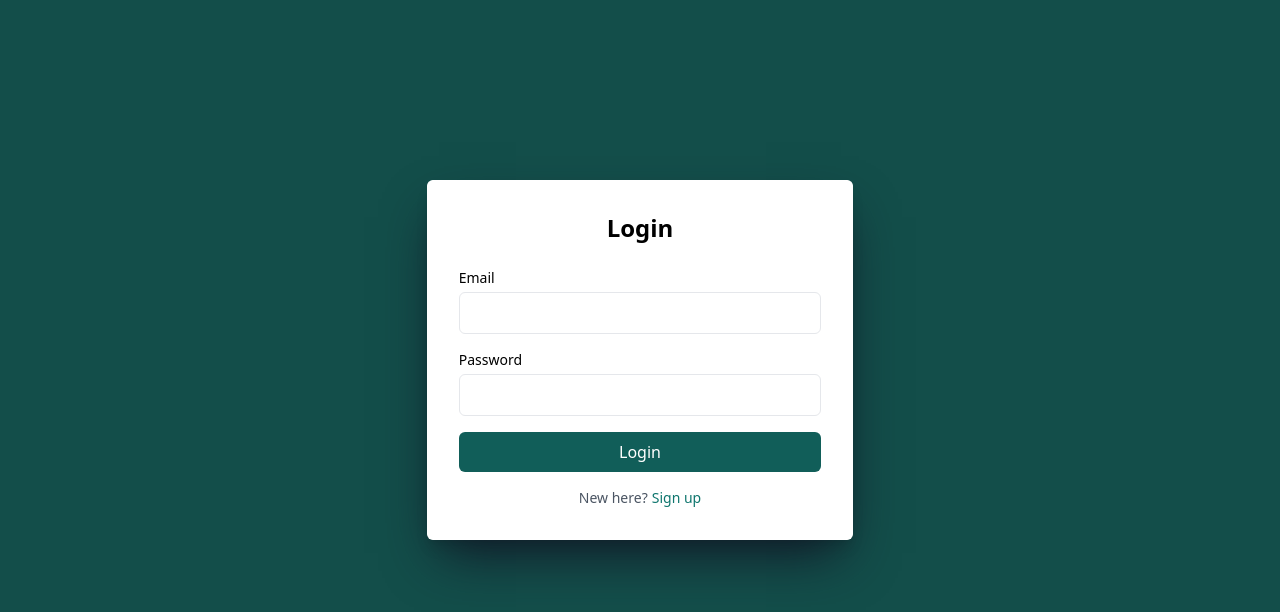
Repository: alizey12/POS-React-website
Page: /
The author's editor kept a copy of each file at every save. The page is drawn from the files as they stood at one save, then again after the next save.
The browser window is 1280 px wide. The pictures show the whole page.
The project was rebuilt for these pictures with package versions that can differ from the ones it lists, and the page was loaded fresh each time. Also part of the build but not shown: vite.config.js, src/navbar.jsx, src/sidebar.jsx, src/Dashboard.jsx.

Above is the page before, as saved 2024-12-31 15:52:25.

### src/App.jsx
import { BrowserRouter as Router, Routes, Route } from 'react-router-dom';
import LoginPage from "./login"
import Dashboard from './Dashboard';

function App() {
  return (
    <Router>
      <Routes>
        <Route path="/" element={<LoginPage />} />
        <Route path="/dashboard" element={<Dashboard />} />
      </Routes>
    </Router>
  );
}

export default App;

### src/login.jsx
import { useState } from 'react';
import toast, { Toaster } from 'react-hot-toast';
import { useNavigate } from 'react-router-dom';

const SignupLogin = () => {
  const [isLogin, setIsLogin] = useState(true);
  const [formData, setFormData] = useState({
    email: '',
    password: '',
    confirmPassword: '',
    Role:''

  });
  const [errors, setErrors] = useState({});
  const [storedUser, setStoredUser] = useState(null);
  const navigate = useNavigate();

  const toggleForm = () => setIsLogin(!isLogin);

  const handleChange = (e) => {
    const { name, value } = e.target;
    setFormData({ ...formData, [name]: value });
    setErrors({ ...errors, [name]: '' }); // Clear error on change
  };

  const validateForm = () => {
    const newErrors = {};
    if (!formData.email) newErrors.email = 'Please enter email';
    if (!formData.password) newErrors.password = 'Please enter password';
    if (!isLogin && formData.password !== formData.confirmPassword) {
      newErrors.confirmPassword = 'Passwords do not match';
    }
    setErrors(newErrors);
    return Object.keys(newErrors).length === 0;
  };

  const handleSubmit = (e) => {
    e.preventDefault();
    if (!validateForm()) return;

    const { email, password } = formData;

    if (isLogin) {
      if (storedUser && email === storedUser.email && password === storedUser.password) {
        toast.success('Login successful!');
        setTimeout(() => navigate('/dashboard'), 1500);
      } else {
        toast.error('Your email or password is incorrect. Please try again.');
      }
    } else {
      setStoredUser({ email, password });
      toast.success('Signup successful!');
      setTimeout(() => setIsLogin(true), 1500);
    }
  };

  return (
    <div className="flex items-center justify-center min-h-screen bg-teal-900 to-yellow-500">
      <div className=" bg-white w-1/3 sm:w- shadow-lg rounded-lg">

        <div className="w-full bg-white rounded-md shadow-gray-900 shadow-2xl p-8 justify-center">
          <h2 className="text-2xl font-bold text-center ">
            {isLogin ? 'Login' : 'Sign Up'}
          </h2>
          <form onSubmit={handleSubmit} className="mt-6 space-y-4">
            <div>
              <label className="block text-sm font-medium ">Email</label>
              <input
                type="email"
                name="email"
                value={formData.email}
                onChange={handleChange}
                className="mt-1 block w-full p-2 border rounded-md focus:outline-none focus:ring-blue-500 focus:border-blue-500"
              />
              {errors.email && <p className="text-red-500 text-sm mt-1">{errors.email}</p>}
            </div>
            <div>
              <label className="block text-sm font-medium ">Password</label>
              <input
                type="password"
                name="password"
                value={formData.password}
                onChange={handleChange}
                className="mt-1 block w-full p-2 border rounded-md focus:outline-none focus:ring-blue-500 focus:border-blue-500"
              />
              {errors.password && <p className="text-red-500 text-sm mt-1">{errors.password}</p>}
            </div>
            {!isLogin && (
              <><div>
                <label className="block text-sm font-medium ">Confirm Password</label>
                <input
                  type="password"
                  name="confirmPassword"
                  value={formData.confirmPassword}
                  onChange={handleChange}
                  className="mt-1 block w-full p-2 border rounded-md focus:outline-none focus:ring-blue-500 focus:border-blue-500" />
                {errors.confirmPassword && <p className="text-red-500 text-sm mt-1">{errors.confirmPassword}</p>}
              </div><div>
                  <label className="block text-sm font-medium "> Role</label>
                  <input
                    type="Role"
                    name="Role"
                    value={formData.Role}
                    onChange={handleChange}
                    className="mt-1 block w-full p-2 border rounded-md focus:outline-none focus:ring-blue-500 focus:border-blue-500" />
                  {errors.Role && <p className="text-red-500 text-sm mt-1">{errors.Role}</p>}
                </div></>
            )}
            <button
              type="submit"
              className="w-full bg-teal-800 text-white p-2 rounded-md hover:bg-teal-600 focus:outline-none focus:ring-2 focus:ring-blue-500 focus:ring-offset-2"
            >
              {isLogin ? 'Login' : 'Sign Up'}
            </button>
          </form>
          <p className="text-center text-sm text-gray-600 mt-4">
            {isLogin ? 'New here?' : 'Already have an account?'}
            <button
              type="button"
              onClick={toggleForm}
              className="ml-1 text-teal-700 hover:underline"
            >
              {isLogin ? 'Sign up' : 'Login'}
            </button>
          </p>
        </div>
      </div>
      <Toaster />
    </div>
  );
};

export default SignupLogin;

Loaded but not shown: index.html (common file); src/main.jsx (common file); src/index.css (common file); tailwind.config.js (common file)

After the next save:
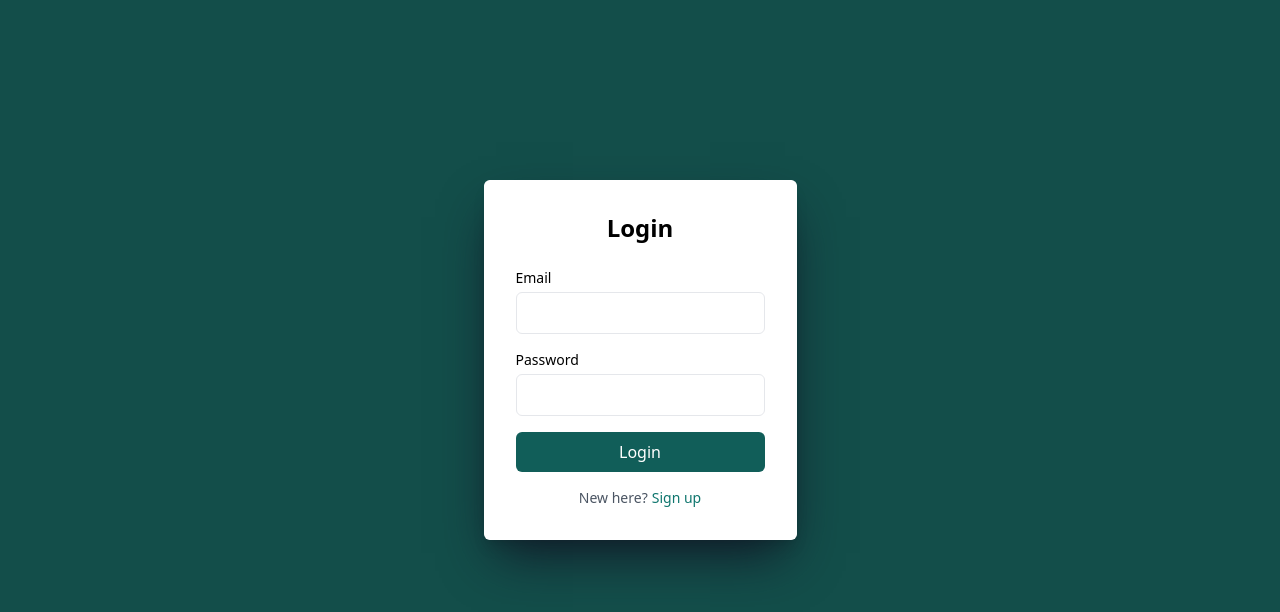
Saved 5 s later.
--- a/src/login.jsx
+++ b/src/login.jsx
@@ -56,7 +56,7 @@
 
   return (
     <div className="flex items-center justify-center min-h-screen bg-teal-900 to-yellow-500">
-      <div className=" bg-white w-1/3 sm:w- shadow-lg rounded-lg">
+      <div className=" bg-white w-1/3 sm:w-max shadow-lg rounded-lg">
 
         <div className="w-full bg-white rounded-md shadow-gray-900 shadow-2xl p-8 justify-center">
           <h2 className="text-2xl font-bold text-center ">
